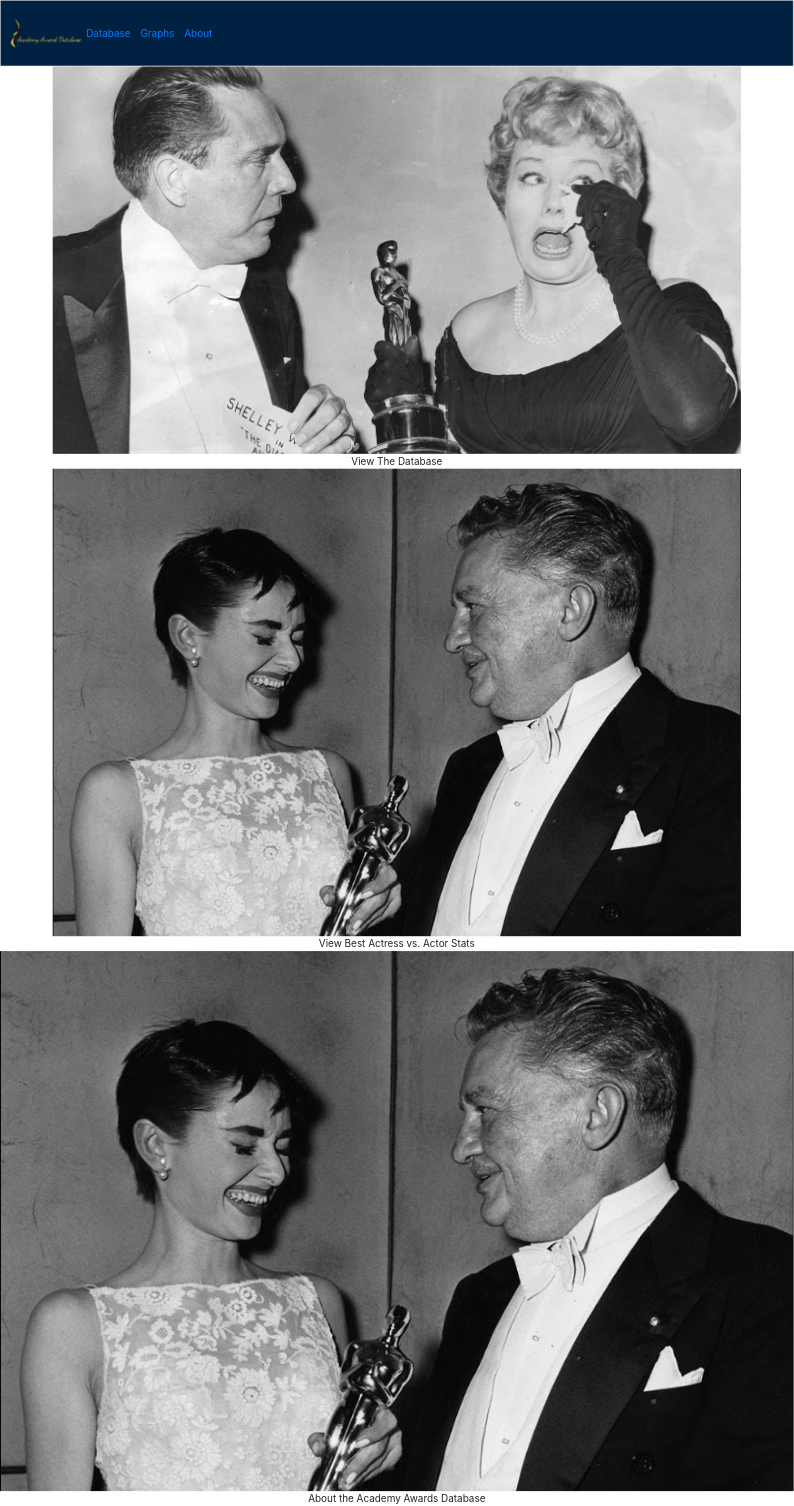
Repository: JackFino/Academy-Awards-Database
Page: html/index.html
The author's editor kept a record of every edit. The page is drawn from the files as they stood at one moment, then again after the next edit.
The browser window is 1280 px wide. The pictures show the whole page, at 62% of full size.

Above is the page before.

After the next edit:
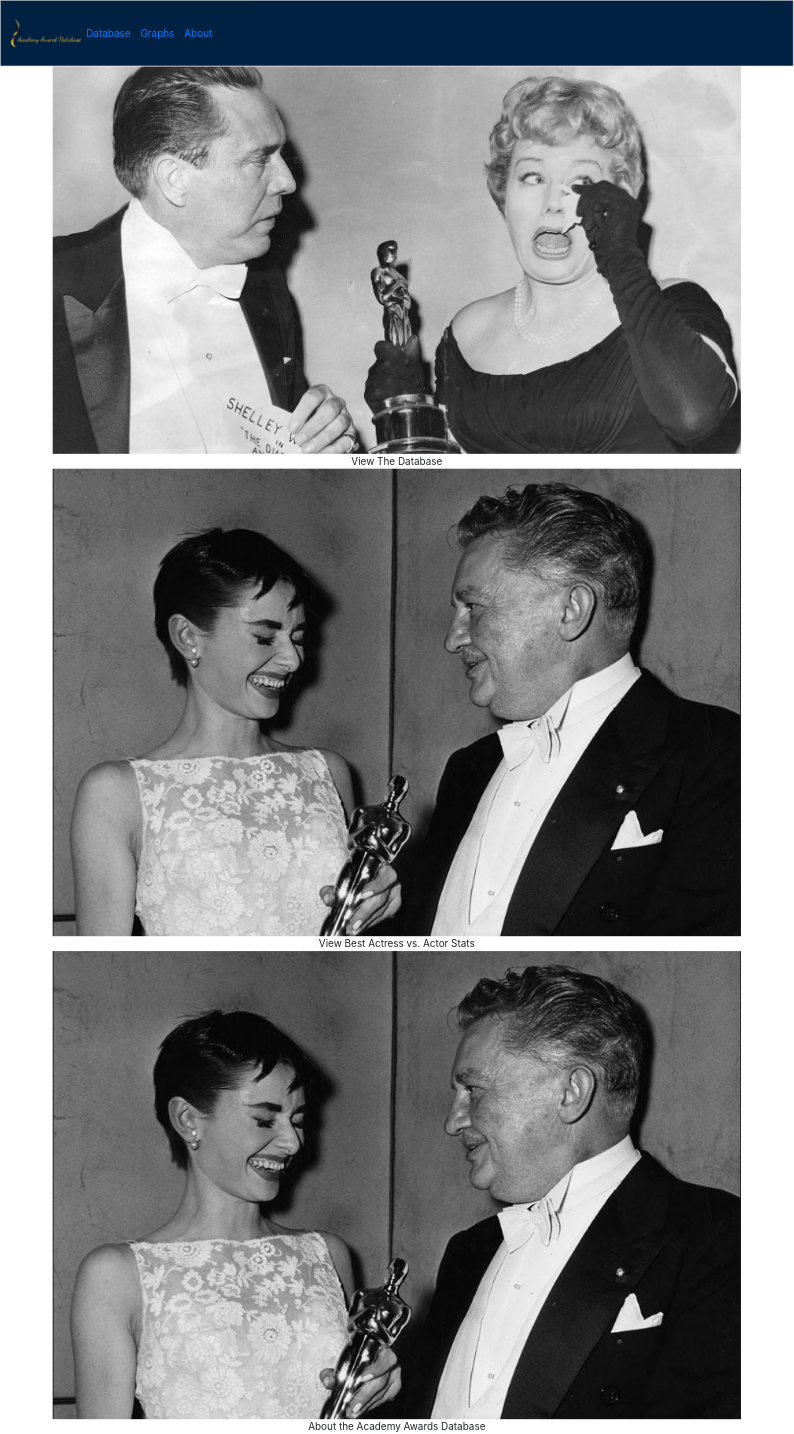
The edit:
--- a/html/index.html
+++ b/html/index.html
@@ -52,7 +52,7 @@
 
 
 
-     <div class="about-container">
+     <div class="about container">
         <a="html/about.html"> <img src="../ahow.jpg" alt="View Best Actress vs. Actor Graphs" class="image" height="20%" width="100%">
             <div class="middle">
                 <div class="text">About the Academy Awards Database</div>
